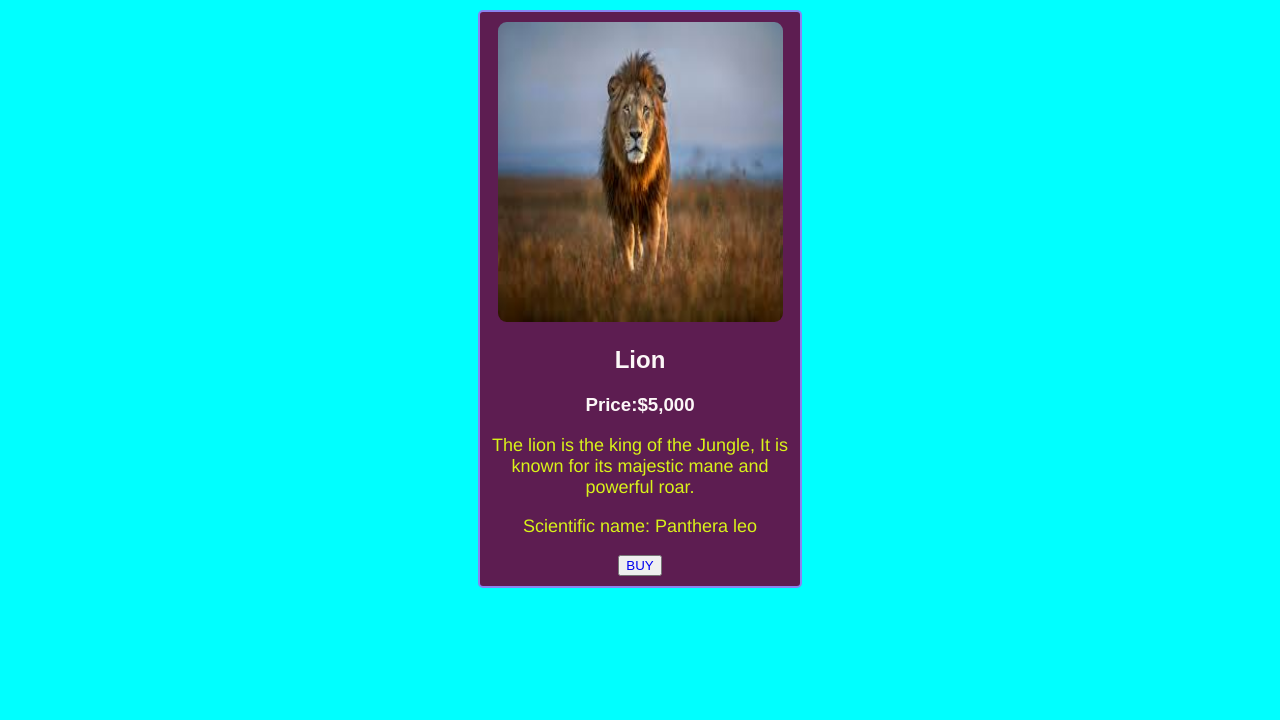
Repository: KingBoyMaylow/Animal-trading-card
Page: index.html
The author's editor kept a copy of each file at every save. The page is drawn from the files as they stood at one save, then again after a run of saves.
The browser window is 1280 px wide. The pictures show the whole page.

Above is the page before, as saved 2024-05-15 10:28:35.

After the next 2 saves:
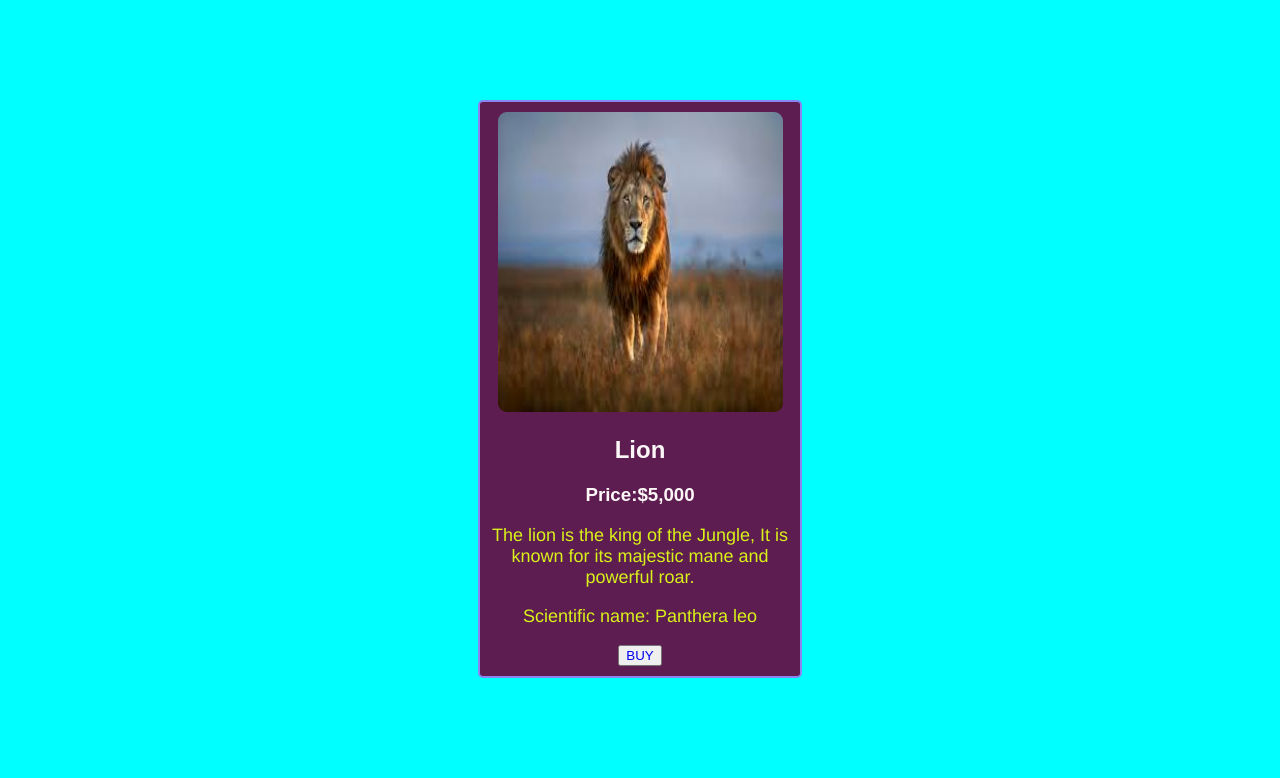
The 2 saves are shown as one change because they came seconds apart.
The last was saved 95 s later.
--- a/index.html
+++ b/index.html
@@ -22,7 +22,7 @@
         width: 300px;
         border: 2px solid #8a83f1;
         border-radius: 5px;
-        margin: 10px auto;
+        margin: 100px auto;
         padding: 10px;
         background-color: #5d1d51;
     }

After the save that followed:
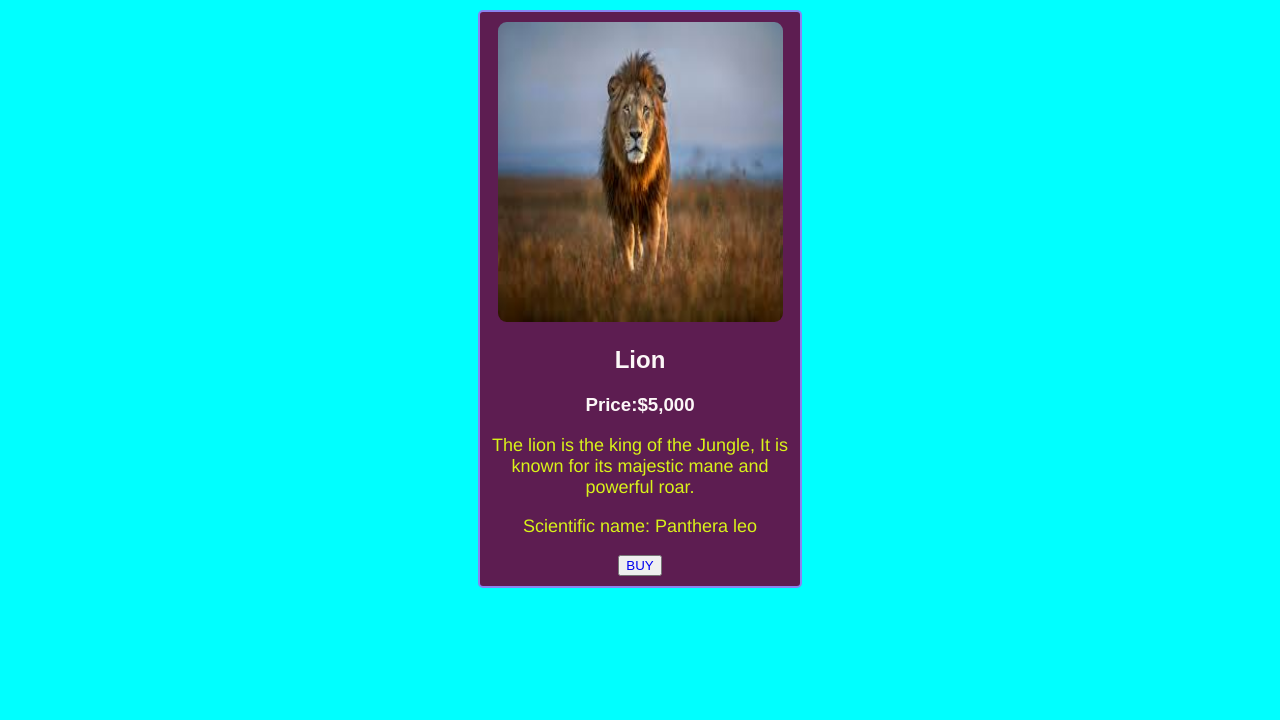
Saved 10 s later.
--- a/index.html
+++ b/index.html
@@ -22,7 +22,7 @@
         width: 300px;
         border: 2px solid #8a83f1;
         border-radius: 5px;
-        margin: 100px auto;
+        margin: 10px auto;
         padding: 10px;
         background-color: #5d1d51;
     }
